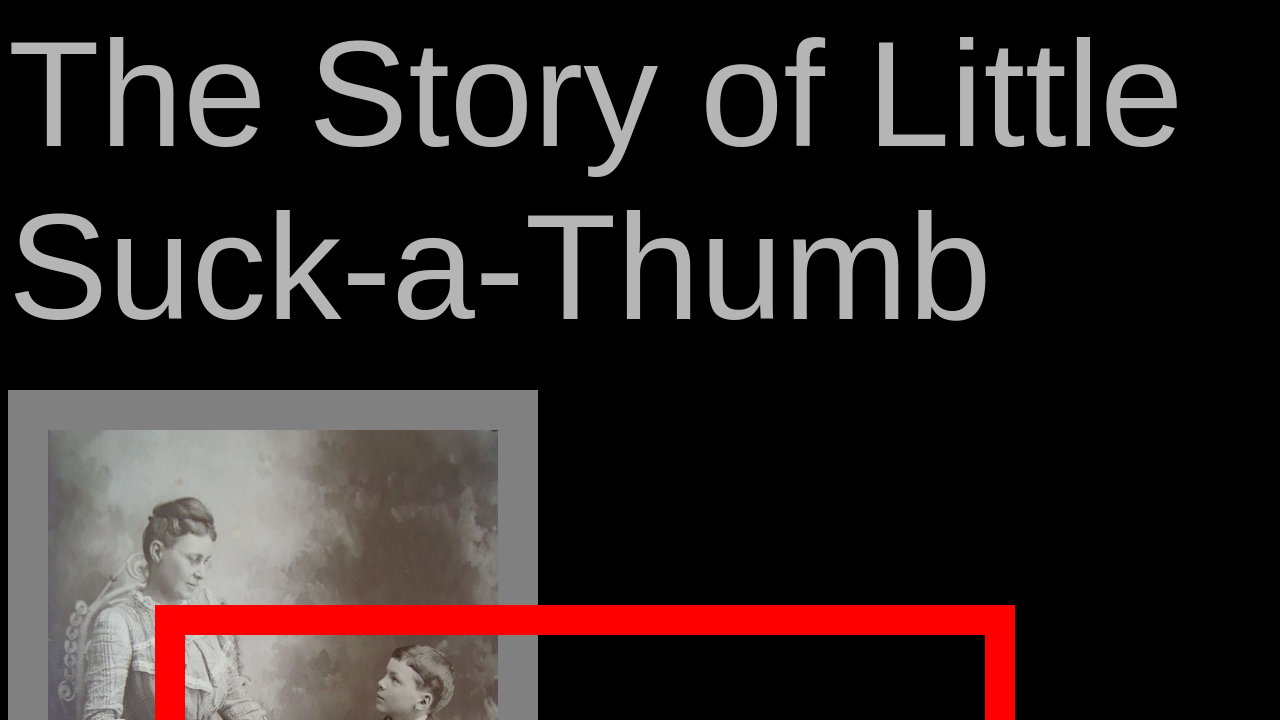
Repository: ConnyPinto/connypinto.github.io
Page: classwork/composition2.html
The author's editor kept a record of every edit. The page is drawn from the files as they stood at one moment, then again after the next edit.
The browser window is 1280 px wide. The pictures show the whole page.

Above is the page before.

After the next edit:
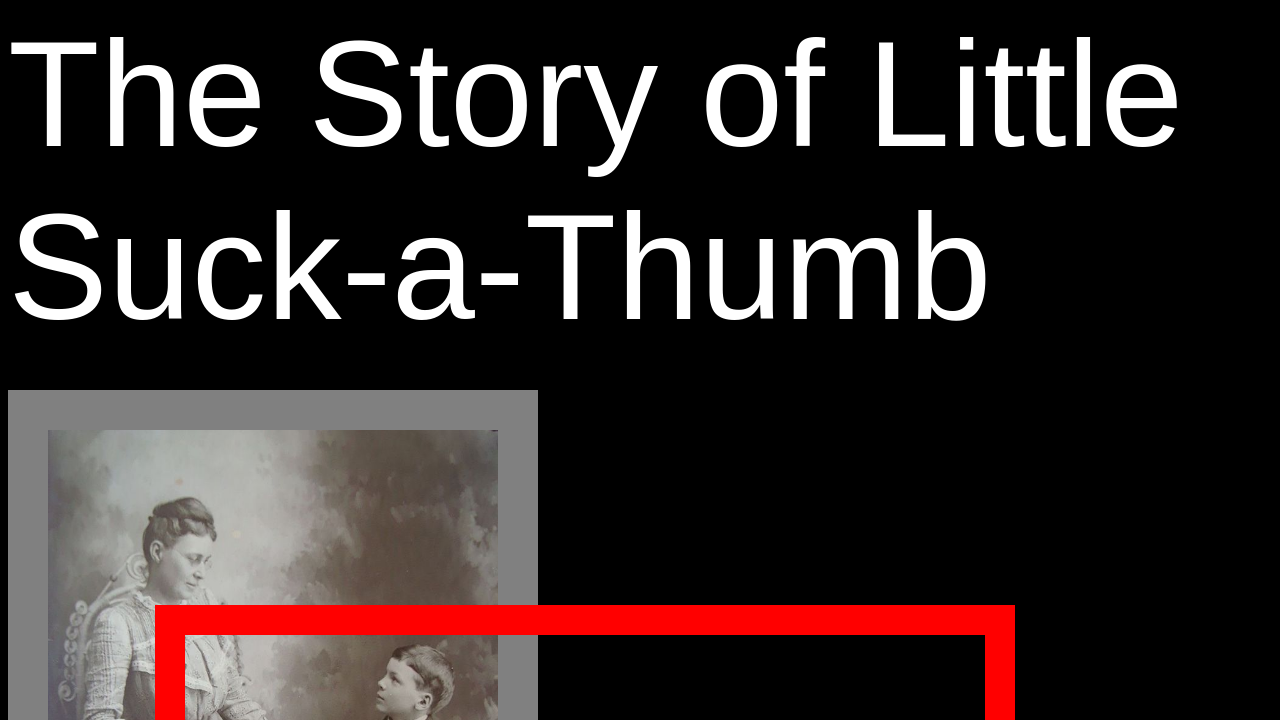
The edit:
--- a/classwork/css/composition2.css
+++ b/classwork/css/composition2.css
@@ -1,6 +1,6 @@
 body{
     background-color:black;
-    color:#b5b5b5;
+    color:white;
 }
 
 .one{
